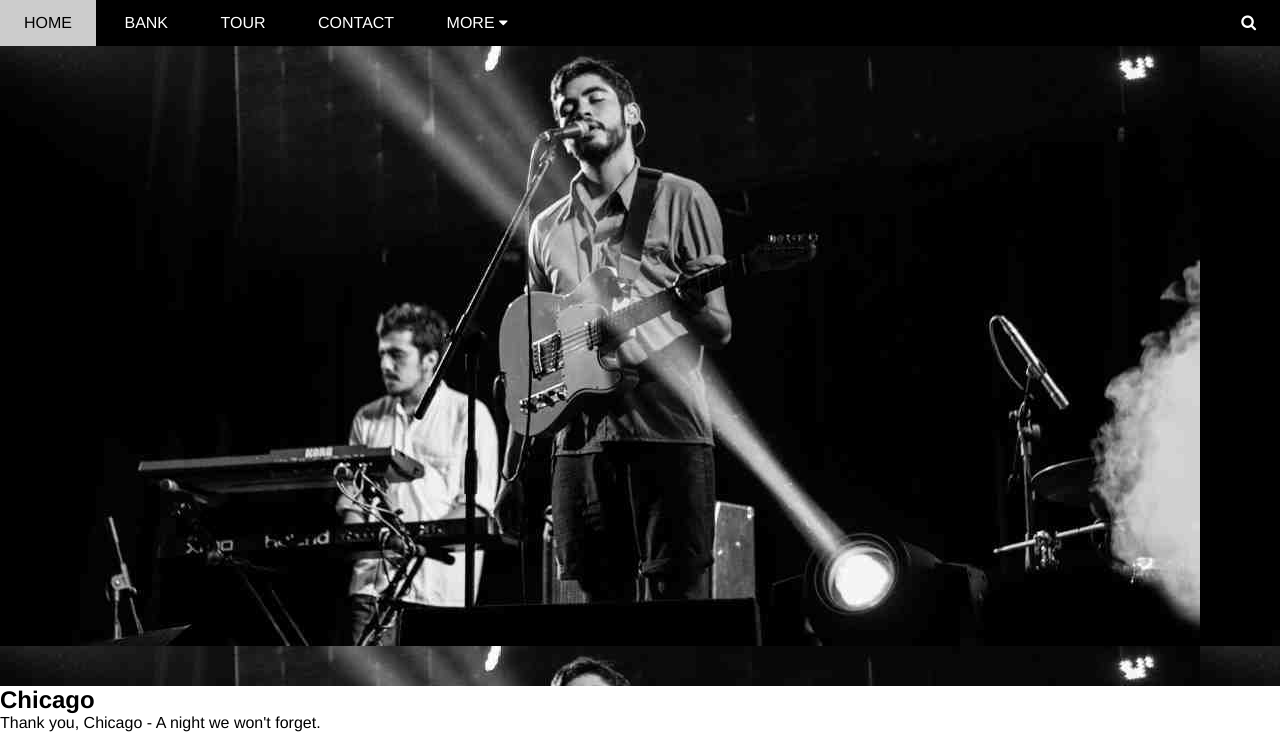
Repository: vuongtm1999/TheBand_W3School
Page: index.html
The author's editor kept a copy of each file at every save. The page is drawn from the files as they stood at one save, then again after the next save.
The browser window is 1280 px wide. The pictures show the whole page.

Above is the page before, as saved 2022-08-25 09:45:58.

### index.html
<!DOCTYPE html>
<html lang="en">
<head>
    <meta charset="UTF-8">
    <meta http-equiv="X-UA-Compatible" content="IE=edge">
    <meta name="viewport" content="width=device-width, initial-scale=1.0">
    <title>Document</title>
    <link rel="stylesheet" href="./assets/css/style.css">
    <link rel="stylesheet" href="https://cdnjs.cloudflare.com/ajax/libs/font-awesome/4.7.0/css/font-awesome.min.css">

</head>
<body>
        <div id="header">
            <!-- begin: nav -->
            <ul id="nav">
                <li><a href="#">Home</a></li>
                <li><a href="#">Bank</a></li>
                <li><a href="#">Tour</a></li>
                <li><a href="#">Contact</a></li>
                <li>
                    <a href="#">More <i style="font-size: 15px;" class="fa fa-caret-down"></i></a>
                    <ul class="subnav">
                        <li><a href="#">Merchandise</a></li>
                        <li><a href="#">Extras</a></li>
                        <li><a href="#">Media</a></li>
                    </ul>
                </li>
            </ul>
            <!-- end: nav -->

            <!-- begin: search button -->
            <div class="search-button">
                <i class="fa fa-search"></i>
            </div>
            <!-- end: search button -->
        </div>

        <div id="slider">
            <div class="text-content">
                <div class="container">
                    <h2 class=text-heading>
                        Chicago
                    </h2>
                    <div class="text-description">
                        Thank you, Chicago - A night we won't forget.
                    </div>
                </div>
            </div>
        </div>

        <div id="container">
            <div id="content">

            </div>

        </div>

        <div id="footer">

        </div>
    </div>
</body>
</html>

### assets/css/style.css
/* reset CSS */
* {
    margin: 0;
    padding: 0;
    box-sizing: border-box;
}

html {
    font-family: Helvetica, Arial, sans-serif;
}

#nav, .subnav{
    list-style-type: none;
}

#nav{
    display: inline-block;
}

/*
Nguyen tac lam viec
1. Vi tri
2. Kich thuoc
3. Mau sac
4. Kieu dang (kieu chu, hinh tron hay hinh vuong,...)
*/

/*
Tu ngoai vao trong
Tu tren xuong duoi
TU tong quan den chi tiet
 */

#main {}

#header {
    position: fixed;
    height: 46px;
    background-color: #000;
    color: #fff;
    top: 0;
    left: 0;
    right: 0;
}

#nav li {
    text-decoration: none;
    line-height: 46px;
}

a{
    text-decoration: none;
}

#nav > li > a {
    /* display: inline-block; */
    padding: 0px 24px;
    color: #ffffff;
    text-transform: uppercase;
}

#nav > li {
    display: inline-block;
}

#nav li:last-child {
    position: relative;
}

#nav .subnav {
    background-color: #fff;
    position: absolute;
    display: none;
    top: 100%;
    left: 0;
    box-shadow:  0px 0px 10px rgba(0, 0, 0, 0.3);
    min-width: 160px;
}

#nav .subnav a{
    color: #000;
    padding: 0px 12px;
    line-height: 30px;
    display: inline-block;
    width: 100%;
}

#nav .subnav li:hover,
#nav > li:hover > a {
    color: #000;
    background-color: #ccc;
    display: block;
}

#nav > li:last-child:hover .subnav{
    display: block;
}

/* search btn */
#header .search-button{
    float: right;
    line-height: 46px;
    padding: 0 24px;
}

#slider {
    height: 200px;
    /* background-color: rgb(27, 22, 22); */
    margin-top: 46px;
/* padding-top bang 50% chieu rong cua thanh phan do */
    padding-top: 50%;
    position: relative;

    background: url("/assets/img/chicago.jpg"), url("https://via.placeholder.com/1200x600")  top center / cover no-repeat;
}

#slider #text-content{
    position: absolute;
    top: 0;
}

#header .search-button:hover{
    background-color: #f44336;
    cursor: pointer;
}




#container {}

#content {}

#footer {}

After the next save:
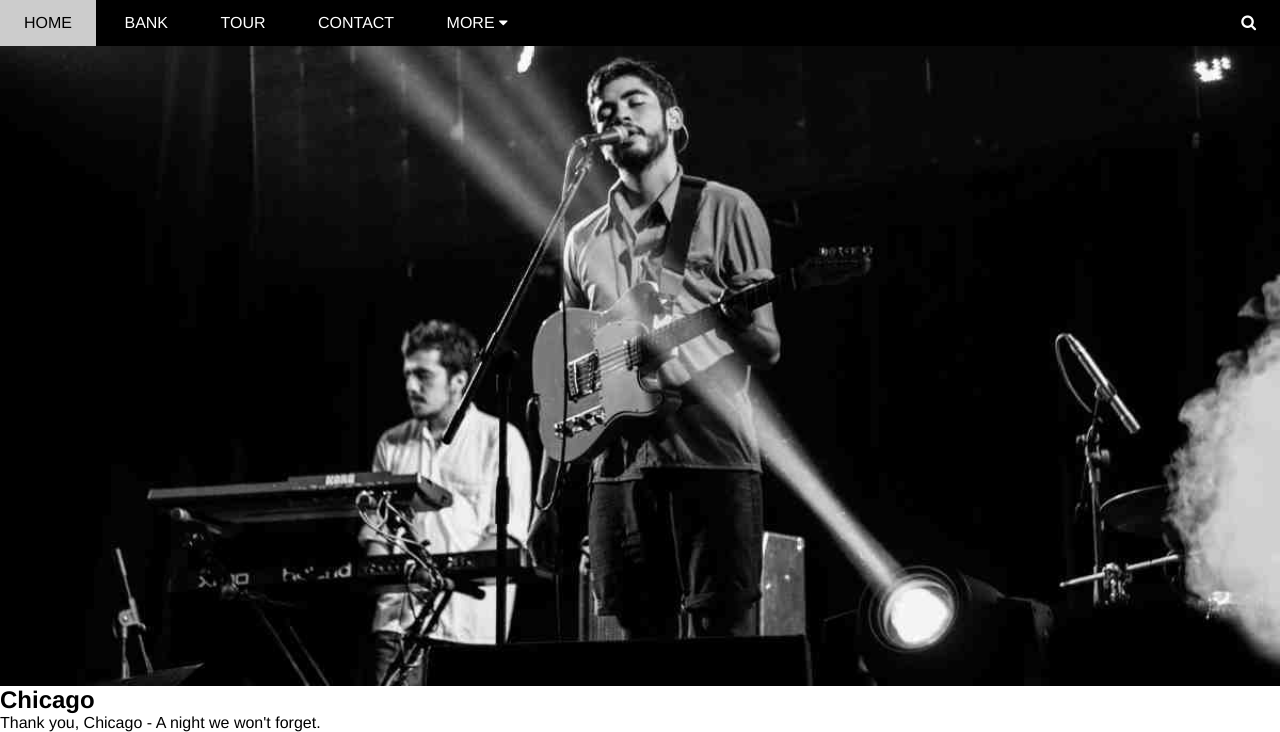
Saved 84 s later.
--- a/assets/css/style.css
+++ b/assets/css/style.css
@@ -111,7 +111,7 @@ a{
     padding-top: 50%;
     position: relative;
 
-    background: url("/assets/img/chicago.jpg"), url("https://via.placeholder.com/1200x600")  top center / cover no-repeat;
+    background: url("/assets/img/chicago.jpg") top center / cover no-repeat;
 }
 
 #slider #text-content{
